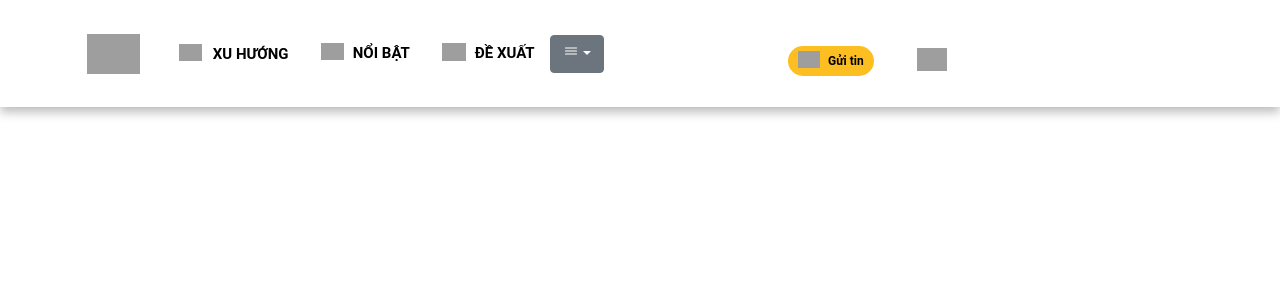
Repository: NguyenMinhHieudz/case3_for_web
Page: baotre.html
These files come from the project's save history. The page is drawn as it stood at one moment and after the next save; the edit follows.
The browser window is 1280 px wide. The pictures show the whole page.
Pictures or frames that could not be fetched are drawn as grey boxes.

Above is the page before, as saved 2021-12-22 16:30:32.
Not found: baotre

After the next save:
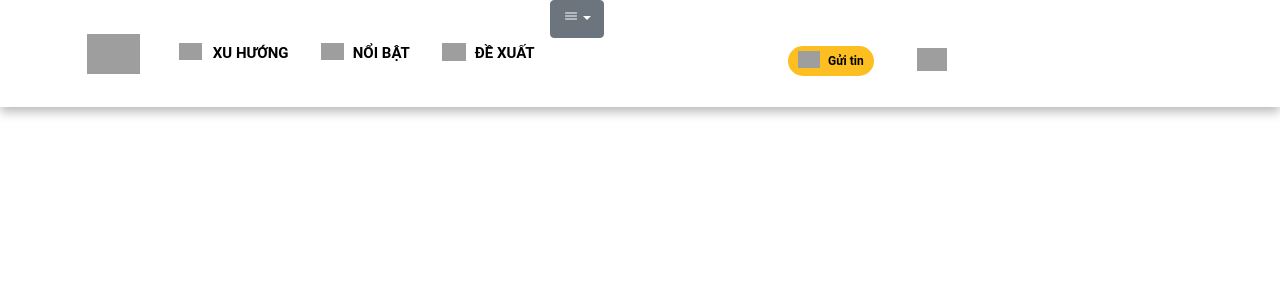
Saved 94 s later.
--- a/baotre.css
+++ b/baotre.css
@@ -127,6 +127,8 @@
 .list-tool ul {
   margin-top: 0;
 }
+
+.list
 
 .d-flex {
   display: flex;

After the 5 saves that followed:
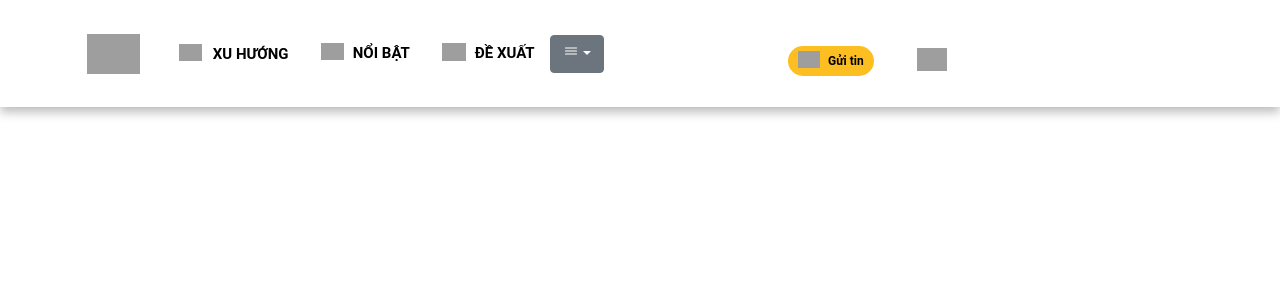
The 5 saves are shown as one change because 1 left the picture as it was and some came seconds apart.
The last was saved 14 s later.
--- a/baotre.css
+++ b/baotre.css
@@ -128,7 +128,9 @@
   margin-top: 0;
 }
 
-.list
+.list-tool li {
+  display: in;
+}
 
 .d-flex {
   display: flex;
